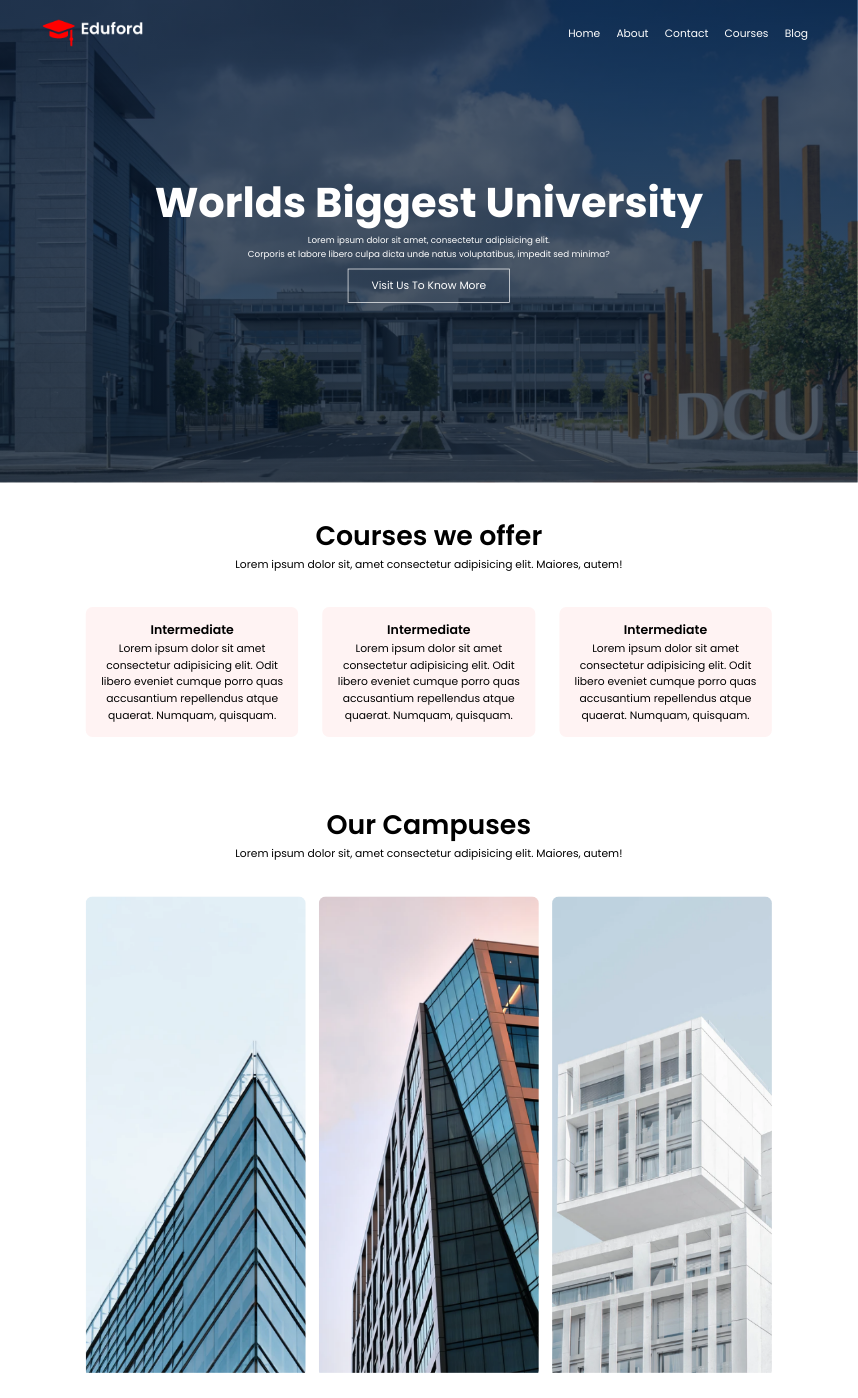
Repository: yashrajverma/Practise
Page: index.html
These files come from the project's save history. The page is drawn as it stood at one moment and after the next save; the edit follows.
The browser window is 1280 px wide. The pictures show the whole page, at 67% of full size.

Above is the page before, as saved 2021-04-27 12:38:27.

After the next save:
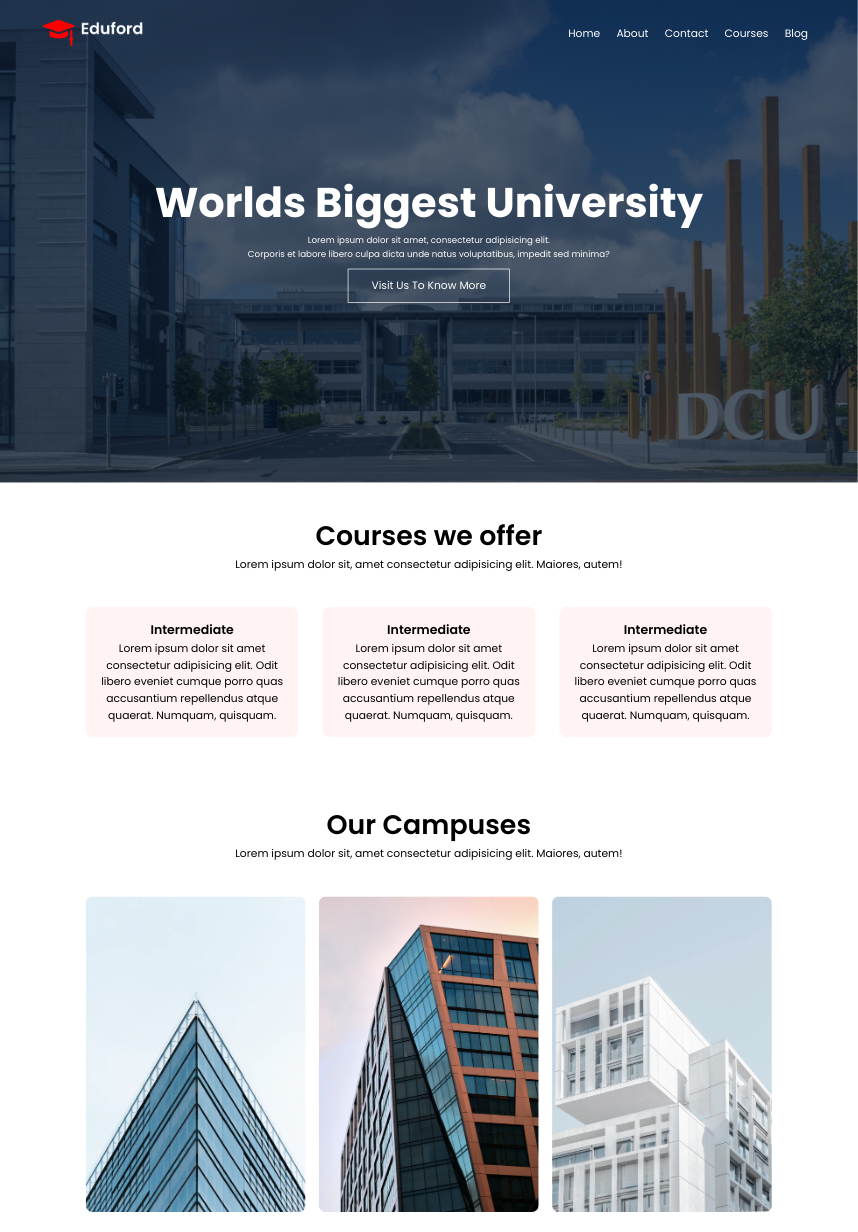
Saved 28 s later.
--- a/style.css
+++ b/style.css
@@ -172,6 +172,9 @@
     margin-bottom: 30px;
     position: relative;
     overflow: hidden;
+
+}
+.campus-col img{
     width: 100%;
     height: 100%;
 }
